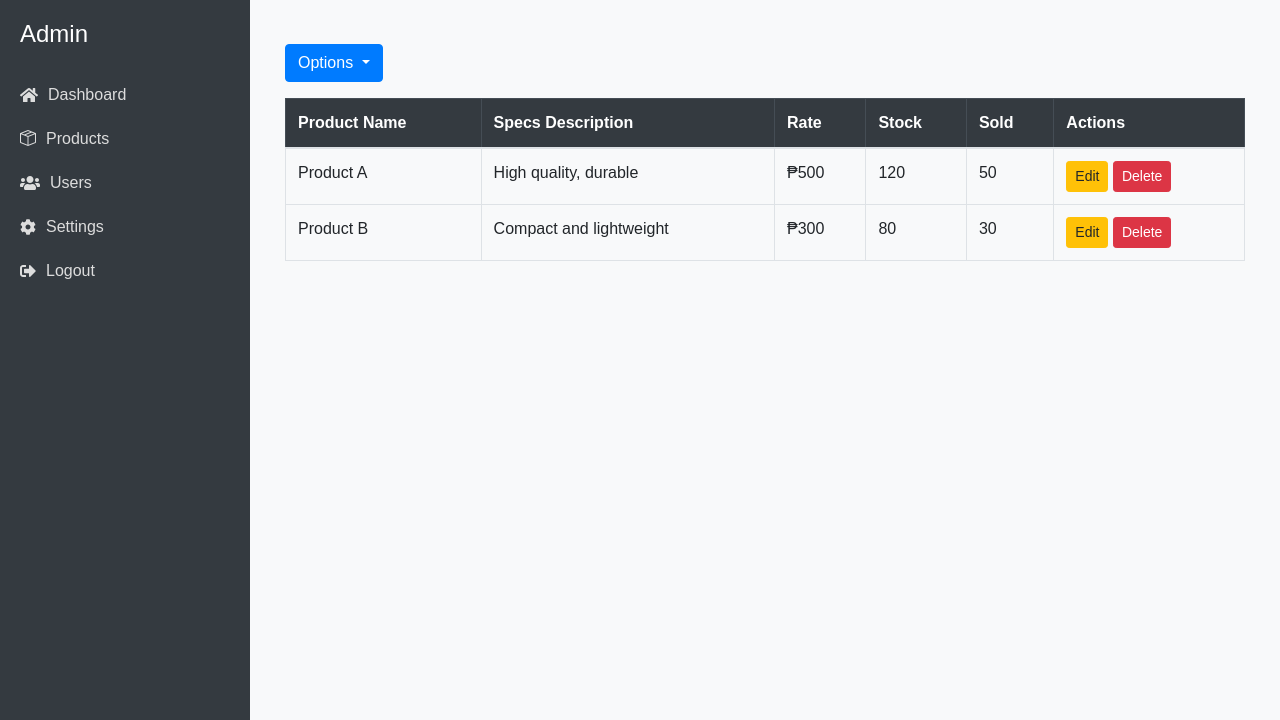
Repository: Darkrepo23/Ecommerce-Manalastas-project
Page: admin/Product-list.html
An editor plug-in stored every save of this project. The page is shown before and after the next save, followed by the edit.
The browser window is 1280 px wide. The pictures show the whole page.

Above is the page before, as saved 2026-01-06 09:47:06.

After the next save:
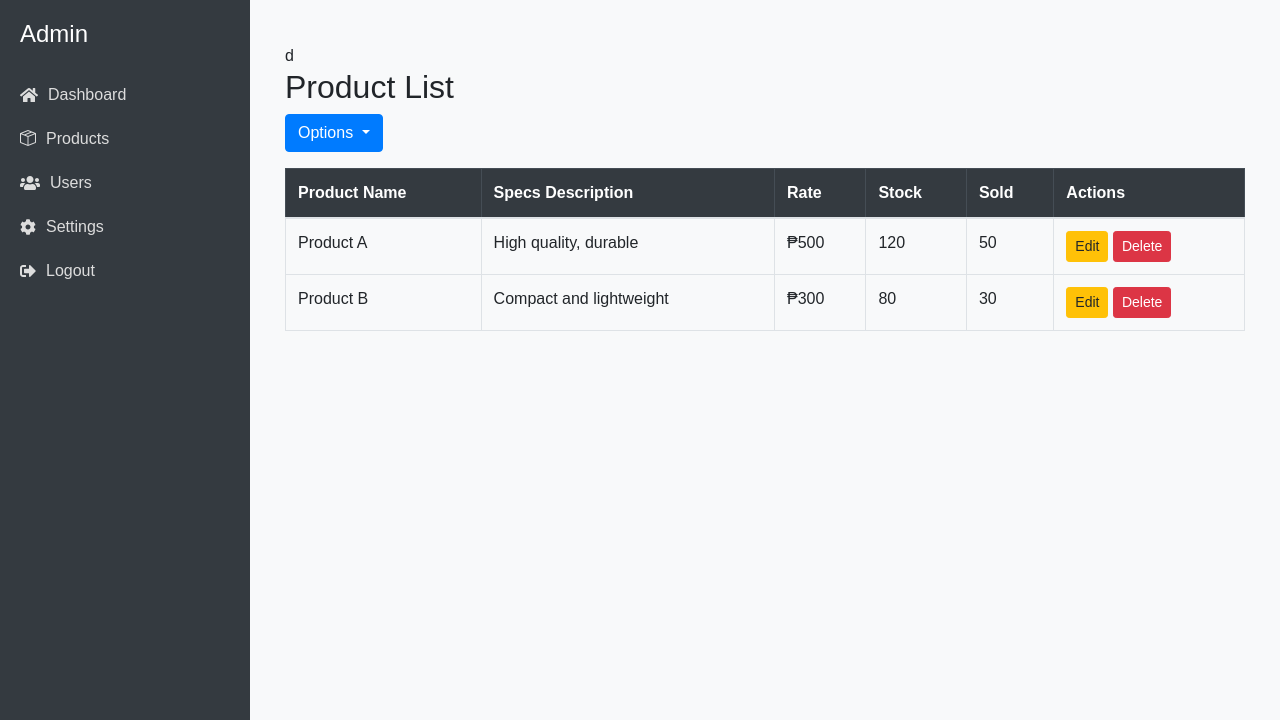
Saved 11 s later.
--- a/admin/Product-list.html
+++ b/admin/Product-list.html
@@ -164,7 +164,8 @@
             <!-- Dropdown -->
             <div class="mb-3">
                 <div class="dropdown">
-                    <h2></h2>
+                    d
+                    <h2>Product List</h2>
                     <button class="btn btn-primary dropdown-toggle" type="button" id="dropdownMenuButton"
                         data-bs-toggle="dropdown" aria-expanded="false">
                         Options

After the save that followed:
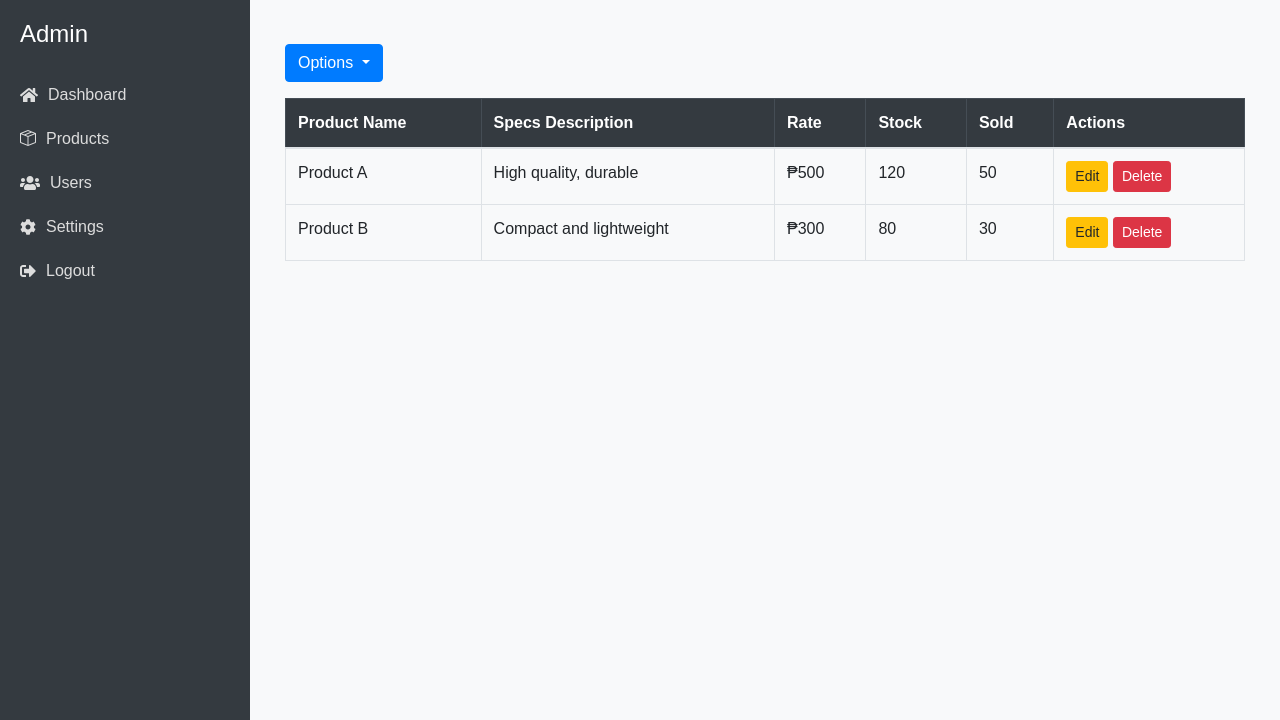
Saved 8 s later.
--- a/admin/Product-list.html
+++ b/admin/Product-list.html
@@ -164,8 +164,7 @@
             <!-- Dropdown -->
             <div class="mb-3">
                 <div class="dropdown">
-                    d
-                    <h2>Product List</h2>
+
                     <button class="btn btn-primary dropdown-toggle" type="button" id="dropdownMenuButton"
                         data-bs-toggle="dropdown" aria-expanded="false">
                         Options
